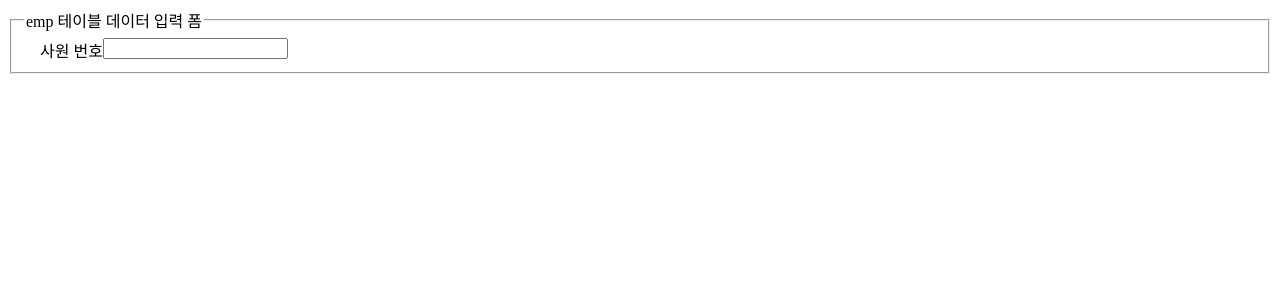
Repository: saysang22/servlet
Page: jdbcServlet1/src/main/webapp/deptInsert.html
These files come from the project's save history. The page is drawn as it stood at one moment and after the next save; the edit follows.
The browser window is 1280 px wide. The pictures show the whole page.

Above is the page before, as saved 2024-06-03 01:14:46.

### jdbcServlet1/src/main/webapp/deptInsert.html
<!DOCTYPE html>
<html>
<head>
<meta charset="UTF-8">
<title>Insert title here</title>
<style>
	ul {
		list-style: none;
		padding: 0;
		margin: 0;
	}

	.wrap {
		display: flex;
	}

	.rightMargin {
		margin: 0 0 0 1rem;
	}
</style>
</head>
<body>
	<form method="post" action="empInsert" name="insert">
		<fieldset>
			<legend>emp 테이블 데이터 입력 폼</legend>
		<div class="wrap">
			<ul class="rightMargin">
				<li><label for="empno">사원 번호</label></li>

			</ul>
			<ul>
				<li><input type="text" name="empno"></li>
			</ul>
		</div>
		</fieldset>
	</form>
</body>
</html>

After the next save:
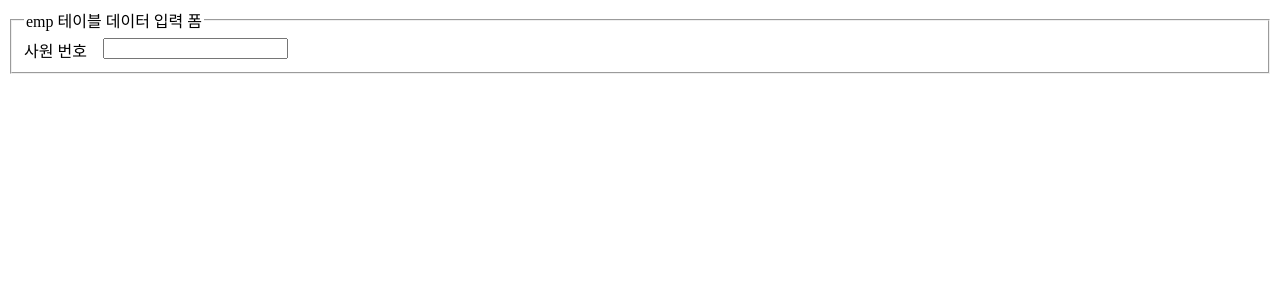
Saved 8 s later.
--- a/jdbcServlet1/src/main/webapp/deptInsert.html
+++ b/jdbcServlet1/src/main/webapp/deptInsert.html
@@ -15,7 +15,7 @@
 	}
 
 	.rightMargin {
-		margin: 0 0 0 1rem;
+		margin: 0 1rem 0 0rem;
 	}
 </style>
 </head>
